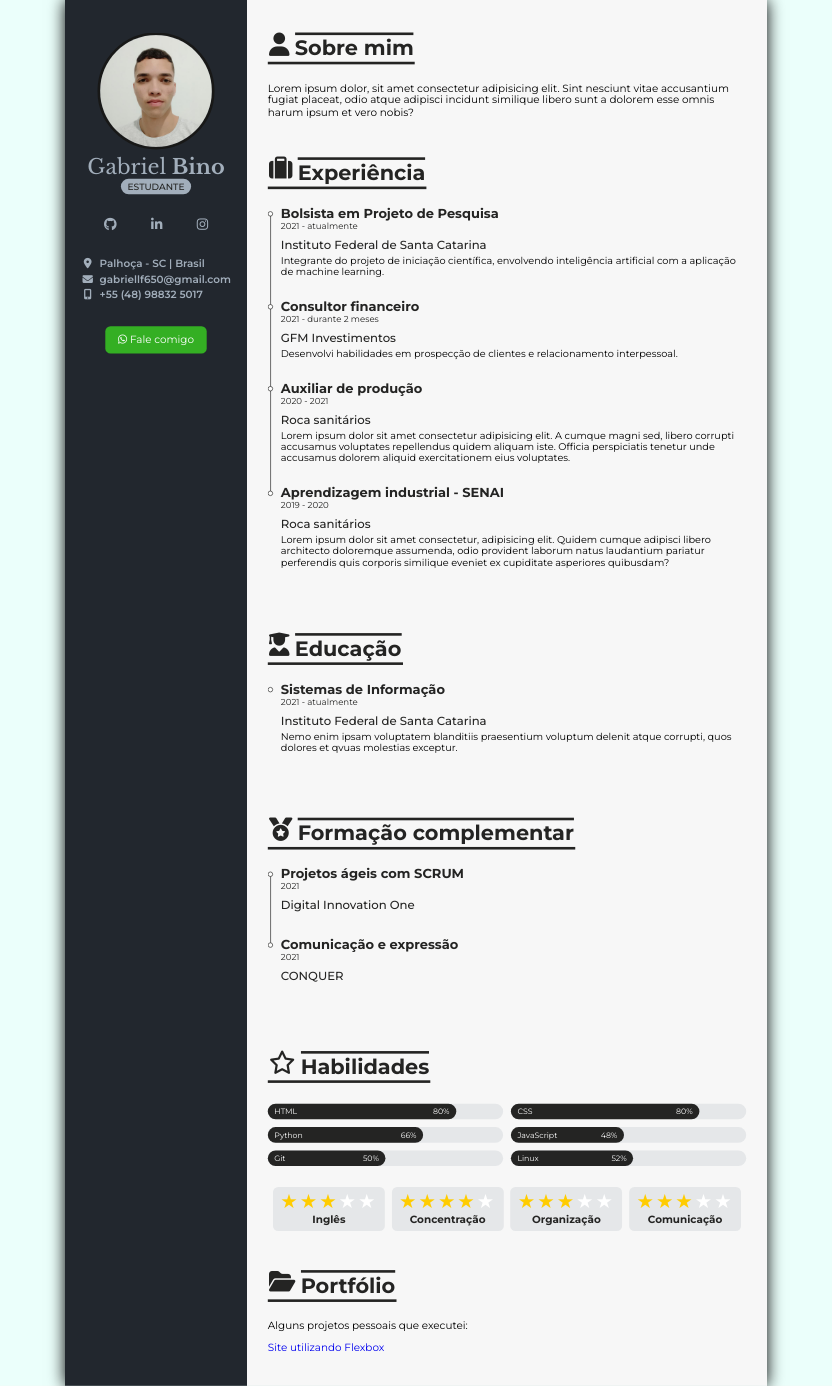
Repository: gabrielbino/curriculoResponsivo
Page: index.html
These files come from the project's save history. The page is drawn as it stood at one moment and after the next save; the edit follows.
The browser window is 1280 px wide. The pictures show the whole page, at 65% of full size.
Some web libraries are served in a nearby version.

Above is the page before, as saved 2021-10-20 22:49:16.

### index.html
<!DOCTYPE html>
<html lang="pt-br">
  <head>
    <meta charset="UTF-8" />
    <meta name="viewport" content="width=device-width, initial-scale=1" />
    <link
      rel="stylesheet"
      href="https://cdnjs.cloudflare.com/ajax/libs/normalize/8.0.1/normalize.min.css"
      integrity="sha512-NhSC1YmyruXifcj/KFRWoC561YpHpc5Jtzgvbuzx5VozKpWvQ+4nXhPdFgmx8xqexRcpAglTj9sIBWINXa8x5w=="
      crossorigin="anonymous"
      referrerpolicy="no-referrer"
    />
    <script
      src="https://kit.fontawesome.com/a6ac7cca8d.js"
      crossorigin="anonymous"
    ></script>
    <link rel="stylesheet" href="css/style.css" />
    <link rel="shortcut icon" href="img/favicon.ico" />
    <title>CV do Gabriel</title>
  </head>
  <body>
    <main>
      <aside>
        <div class="sidebar">
          <img
            class="profile-picture"
            src="./img/option_profile.jpeg"
            alt="Gabriel Bino"
          />
          <h1 class="title-name"><span>Gabriel</span> Bino</h1>
          <h3 class="subtitle-role">Estudante</h3>
          <div class="social-links">
            <a href="https://github.com/gabrielbino" target="_blank">
              <i class="fab fa-github"></i>
            </a>
            <a
              href="https://www.linkedin.com/in/gabriel-fernandes-bino-456499195/"
              target="_blank"
            >
              <i class="fab fa-linkedin-in"></i>
            </a>
            <!-- <a href="https://twitter.com/theleoad" target="_blank">
              <i class="fab fa-twitter"></i>
            </a> -->
            <a href="https://www.instagram.com/gabrielfbino/" target="_blank">
              <i class="fab fa-instagram"></i>
            </a>
          </div>
          <ul class="personal-data">
            <li>
              <i class="fas fa-map-marker-alt"></i>
              <span>Palhoça - SC | Brasil</span>
            </li>
            <li>
              <i class="fas fa-envelope"></i>
              <a href="mailto:galbriellf650@gmail.com"
                >gabriellf650@gmail.com</a
              >
            </li>
            <li>
              <i class="fas fa-mobile-alt"></i>
              <a href="tel:+5548988325017">+55 (48) 98832 5017</a>
            </li>
          </ul>
          <a
            class="download-button"
            href="https://wa.me/+5548988325017"
            target="_blank"
          >
            <i class="fab fa-whatsapp"></i>
            <span>Fale comigo</span>
          </a>
        </div>
      </aside>
      <section>
        <article>
          <div class="article-title-wrapper">
            <i class="fas fa-user"></i>
            <h2 class="article-title">Sobre mim</h2>
          </div>
          <p>
            Lorem ipsum dolor, sit amet consectetur adipisicing elit. Sint
            nesciunt vitae accusantium fugiat placeat, odio atque adipisci
            incidunt similique libero sunt a dolorem esse omnis harum ipsum et
            vero nobis?
          </p>
        </article>
        <article>
          <div class="article-title-wrapper">
            <i class="fas fa-suitcase"></i>
            <h2 class="article-title">Experiência</h2>
          </div>
          <ul class="timeline">
            <li>
              <h4 class="timeline-title">Bolsista em Projeto de Pesquisa</h4>
              <h5 class="timeline-time">2021 - atualmente</h5>
              <h6 class="timeline-place">
                Instituto Federal de Santa Catarina
              </h6>
              <p class="timeline-text">
                Integrante do projeto de iniciação científica, envolvendo
                inteligência artificial com a aplicação de machine learning.
              </p>
            </li>
            <li>
              <h4 class="timeline-title">Consultor financeiro</h4>
              <h5 class="timeline-time">2021 - durante 2 meses</h5>
              <h6 class="timeline-place">GFM Investimentos</h6>
              <p class="timeline-text">
                Desenvolvi habilidades em prospecção de clientes e
                relacionamento interpessoal.
              </p>
            </li>
            <li>
              <h4 class="timeline-title">Auxiliar de produção</h4>
              <h5 class="timeline-time">2020 - 2021</h5>
              <h6 class="timeline-place">Roca sanitários</h6>
              <p class="timeline-text">
                Lorem ipsum dolor sit amet consectetur adipisicing elit. A
                cumque magni sed, libero corrupti accusamus voluptates
                repellendus quidem aliquam iste. Officia perspiciatis tenetur
                unde accusamus dolorem aliquid exercitationem eius voluptates.
              </p>
            </li>
            <li>
              <h4 class="timeline-title">Aprendizagem industrial - SENAI</h4>
              <h5 class="timeline-time">2019 - 2020</h5>
              <h6 class="timeline-place">Roca sanitários</h6>
              <p class="timeline-text">
                Lorem ipsum dolor sit amet consectetur, adipisicing elit. Quidem
                cumque adipisci libero architecto doloremque assumenda, odio
                provident laborum natus laudantium pariatur perferendis quis
                corporis similique eveniet ex cupiditate asperiores quibusdam?
              </p>
            </li>
          </ul>
        </article>
        <article>
          <div class="article-title-wrapper">
            <i class="fas fa-user-graduate"></i>
            <h2 class="article-title">Educação</h2>
          </div>
          <ul class="timeline">
            <li>
              <h4 class="timeline-title">Sistemas de Informação</h4>
              <h5 class="timeline-time">2021 - atualmente</h5>
              <h6 class="timeline-place">
                Instituto Federal de Santa Catarina
              </h6>
              <p class="timeline-text">
                Nemo enim ipsam voluptatem blanditiis praesentium voluptum
                delenit atque corrupti, quos dolores et qvuas molestias
                exceptur.
              </p>
            </li>
          </ul>
        </article>
        <article>
          <div class="article-title-wrapper">
            <i class="fas fa-medal"></i>
            <h2 class="article-title">Formação complementar</h2>
          </div>
          <ul class="timeline">
            <li>
              <h4 class="timeline-title">Projetos ágeis com SCRUM</h4>
              <h5 class="timeline-time">2021</h5>
              <h6 class="timeline-place">Digital Innovation One</h6>
            </li>
            <li>
              <h4 class="timeline-title">Comunicação e expressão</h4>
              <h5 class="timeline-time">2021</h5>
              <h6 class="timeline-place">CONQUER</h6>
            </li>
          </ul>
        </article>
        <article>
          <div class="article-title-wrapper">
            <i class="far fa-star"></i>
            <h2 class="article-title">Habilidades</h2>
          </div>
          <div class="skills-container">
            <div class="progress">
              <div class="progress-bar" role="progressbar" style="width: 80%">
                <div class="progress-text">
                  <span>HTML</span>
                  <span>80%</span>
                </div>
              </div>
            </div>
            <div class="progress">
              <div class="progress-bar" role="progressbar" style="width: 80%">
                <div class="progress-text">
                  <span>CSS</span>
                  <span>80%</span>
                </div>
              </div>
            </div>
            <div class="progress">
              <div class="progress-bar" role="progressbar" style="width: 66%">
                <div class="progress-text">
                  <span>Python</span>
                  <span>66%</span>
                </div>
              </div>
            </div>
            <div class="progress">
              <div class="progress-bar" role="progressbar" style="width: 48%">
                <div class="progress-text">
                  <span>JavaScript</span>
                  <span>48%</span>
                </div>
              </div>
            </div>
            <div class="progress">
              <div class="progress-bar" role="progressbar" style="width: 50%">
                <div class="progress-text">
                  <span>Git</span>
                  <span>50%</span>
                </div>
              </div>
            </div>
            <div class="progress">
              <div class="progress-bar" role="progressbar" style="width: 52%">
                <div class="progress-text">
                  <span>Linux</span>
                  <span>52%</span>
                </div>
              </div>
            </div>
          </div>
          <div class="soft-skills">
            <div class="soft-skill">
              <div class="soft-skill-rating" style="--rating: 3"></div>
              <h4 class="soft-skill-label">Inglês</h4>
            </div>
            <div class="soft-skill">
              <div class="soft-skill-rating" style="--rating: 4"></div>
              <h4 class="soft-skill-label">Concentração</h4>
            </div>
            <div class="soft-skill">
              <div class="soft-skill-rating" style="--rating: 3"></div>
              <h4 class="soft-skill-label">Organização</h4>
            </div>
            <div class="soft-skill">
              <div class="soft-skill-rating" style="--rating: 3"></div>
              <h4 class="soft-skill-label">Comunicação</h4>
            </div>
          </div>
        </article>
        <article>
          <div class="article-title-wrapper">
            <i class="fas fa-folder-open"></i>
            <h2 class="article-title">Portfólio</h2>
          </div>
          <p>Alguns projetos pessoais que executei:</p>
          <div class="portfolio">
            <a href="https://staticflexbox.netlify.app/" class="portfolio-item">
              <div>Site utilizando Flexbox</div>
            </a>
            <a href="#" class="portfolio-item">
              <div></div>
            </a>
            <a href="#" class="portfolio-item">
              <div></div>
            </a>
            <a href="#" class="portfolio-item">
              <div></div>
            </a>
          </div>
        </article>
      </section>
    </main>
  </body>
</html>

### css/style.css
@import url("https://fonts.googleapis.com/css2?family=Libre+Baskerville:wght@400;700&family=Montserrat:wght@400;500;600;700&display=swap");

* {
  box-sizing: border-box;
}

img {
  max-width: 100%;
}

body {
  background-color: #ebfffb;
  color: black;
  font-family: "Montserrat", sans-serif;
}

main {
  background-color: #ebfffb;
  box-shadow: 0 0 1.5rem;
  display: flex;
  margin: 0 auto;
  max-width: 1080px;
  min-height: 100vh;
  width: 100%;
}

aside {
  background-color: #22272e;
  padding: 50px 0 16px;
  width: 280px;
}

.sidebar {
  align-items: center;
  display: flex;
  flex-direction: column;
  position: sticky;
  top: 16px;
  width: 100%;
}

.profile-picture {
  border-radius: 50%;
  border: solid 4px #181817;
  width: 180px;
}

.title-name {
  color: #a2aebb;
  font-family: "Libre Baskerville", serif;
  font-weight: 700;
  margin: 8px 0 0;
}

.title-name span {
  font-weight: 500;
}

.subtitle-role {
  background: #a2aebb;
  border-radius: 12px;
  color: #242423;
  font-size: 14px;
  font-weight: 500;
  margin: 0;
  padding: 4px 10px;
  text-transform: uppercase;
}

.social-links {
  display: flex;
  font-size: 20px;
  justify-content: space-between;
  margin: 36px 0;
  width: 160px;
}

.social-links a {
  color: #a2aebb;
}

.social-links a:hover {
  color: #e8eddf;
}

.personal-data {
  list-style-type: none;
  margin: 0;
  padding: 0;
}

.personal-data li {
  color: #a2aebb;
  font-weight: 600;
  line-height: 1.5;
}

.personal-data li a {
  color: inherit;
  text-decoration: none;
}

.personal-data i {
  margin-right: 4px;
  text-align: center;
  width: 20px;
}

.download-button {
  background: #34af23;
  border-radius: 8px;
  color: white;
  display: block;
  margin: 36px 0;
  padding: 12px 20px;
  text-decoration: none;
}

section {
  background-color: #f7f7f7;
  padding: 50px 32px 0;
  width: calc(100% - 280px);
}

article:not(:last-of-type) {
  margin-bottom: 60px;
}

.article-title-wrapper {
  align-items: center;
  border-bottom: 4px solid;
  color: #242423;
  display: inline-flex;
  margin-bottom: 12px;
  padding: 0 2px;
}
.article-title-wrapper i {
  font-size: 36px;
  margin: -8px 8px 0 0;
}

.article-title {
  border-top: 4px solid;
  color: #242423;
  font-size: 32px;
  font-weight: 800;
  margin: 0 0 2px;
  padding-top: 2px;
}

.timeline {
  list-style: none;
  margin: 20px 0;
  padding: 0;
}

.timeline li {
  margin: 0;
  padding: 2px 0 40px 20px;
  position: relative;
}

.timeline li::after {
  background-color: #fff;
  border-radius: 50%;
  border: 1px solid #242423;
  box-sizing: border-box;
  content: "";
  display: inline-block;
  height: 8px;
  left: 0;
  position: absolute;
  top: 2px;
  width: 8px;
}

.timeline li:not(:last-of-type)::before {
  background-color: #242423;
  content: "";
  height: 100%;
  left: 3.5px;
  position: absolute;
  top: calc(0.5em - 4px);
  width: 1px;
}

.timeline-title {
  color: #242423;
  font-size: 20px;
  margin: -8px 0 0;
}

.timeline-time {
  color: #242423;
  font-weight: 400;
  margin: 0;
}

.timeline-place {
  color: #242423;
  font-size: 18px;
  font-weight: 500;
  margin: 12px 0 4px;
}

.timeline-text {
  font-size: 15px;
  margin: 0;
}

.skills-container {
  display: flex;
  flex-wrap: wrap;
  justify-content: space-between;
  margin: 20px 0;
}

.progress {
  background-color: rgba(68, 86, 108, 0.1);
  border-radius: 20px;
  display: flex;
  font-size: 0.75rem;
  height: 1.5rem;
  margin-bottom: 12px;
  width: calc(50% - 6px);
}

.progress-bar {
  align-items: center;
  background-color: #242423;
  border-radius: 20px;
  color: #fff;
  display: flex;
  padding: 0 10px;
}

.progress-text {
  display: flex;
  justify-content: space-between;
  width: 100%;
}

.soft-skills {
  display: flex;
  justify-content: space-between;
  padding: 0 8px;
}

.soft-skill {
  background-color: rgba(68, 86, 108, 0.1);
  border-radius: 8px;
  padding: 8px;
  text-align: center;
  width: calc(25% - 8px);
}

.soft-skill-rating {
  --percent: calc(var(--rating) / 5 * 100%);
  display: inline-block;
  font-family: Times;
  font-size: 30px;
  line-height: 1;
}

.soft-skill-rating::before {
  background-clip: text;
  background: linear-gradient(90deg, #fc0 var(--percent), #fff var(--percent));
  content: "★★★★★";
  letter-spacing: 3px;
  -webkit-background-clip: text;
  -webkit-text-fill-color: transparent;
}

.soft-skill-label {
  color: #242423;
  margin: 4px 0 0;
}

.portfolio {
  display: flex;
  flex-wrap: wrap;
  justify-content: space-between;
}

.portfolio-item {
  margin-bottom: 24px;
  text-decoration: none;
  width: calc(50% - 12px);
}

.portfolio-item p {
  font-weight: 800;
}

@media (max-width: 1024px) {
  .soft-skills {
    flex-wrap: wrap;
  }

  .soft-skill {
    margin: 4px;
    width: calc(50% - 8px);
  }
}

@media (max-width: 768px) {
  main {
    display: block;
  }

  aside,
  section {
    width: 100%;
  }

  section {
    padding: 32px 16px 0;
  }

  .article-title-wrapper {
    display: flex;
    padding: 0;
  }

  .progress,
  .soft-skill,
  .portfolio-item,
  .article-title {
    width: 100%;
  }

  .portfolio-item figure {
    text-align: center;
  }
}

After the next save:
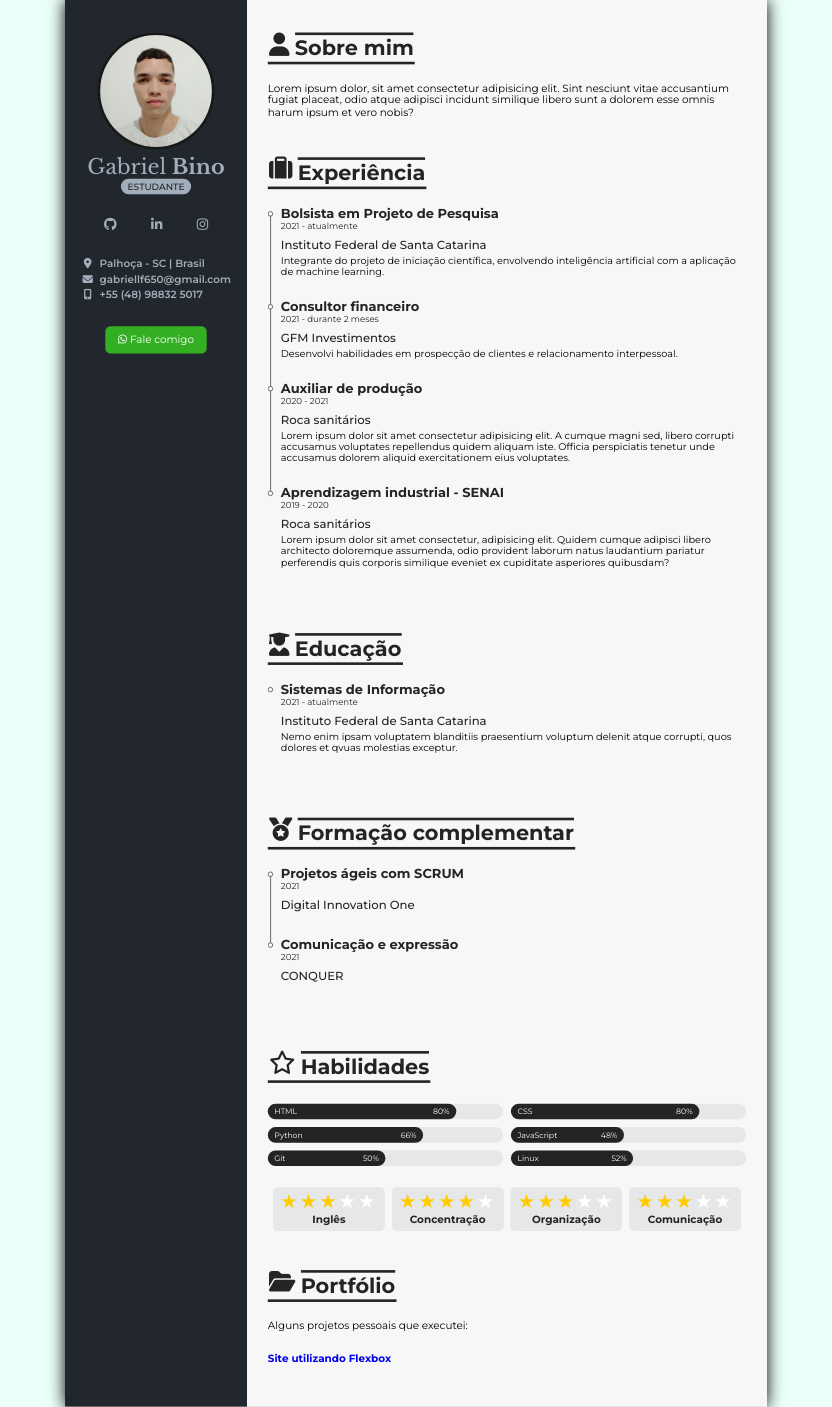
Saved 10 s later.
--- a/index.html
+++ b/index.html
@@ -255,7 +255,7 @@
           <p>Alguns projetos pessoais que executei:</p>
           <div class="portfolio">
             <a href="https://staticflexbox.netlify.app/" class="portfolio-item">
-              <div>Site utilizando Flexbox</div>
+              <p>Site utilizando Flexbox</p>
             </a>
             <a href="#" class="portfolio-item">
               <div></div>

After the save that followed:
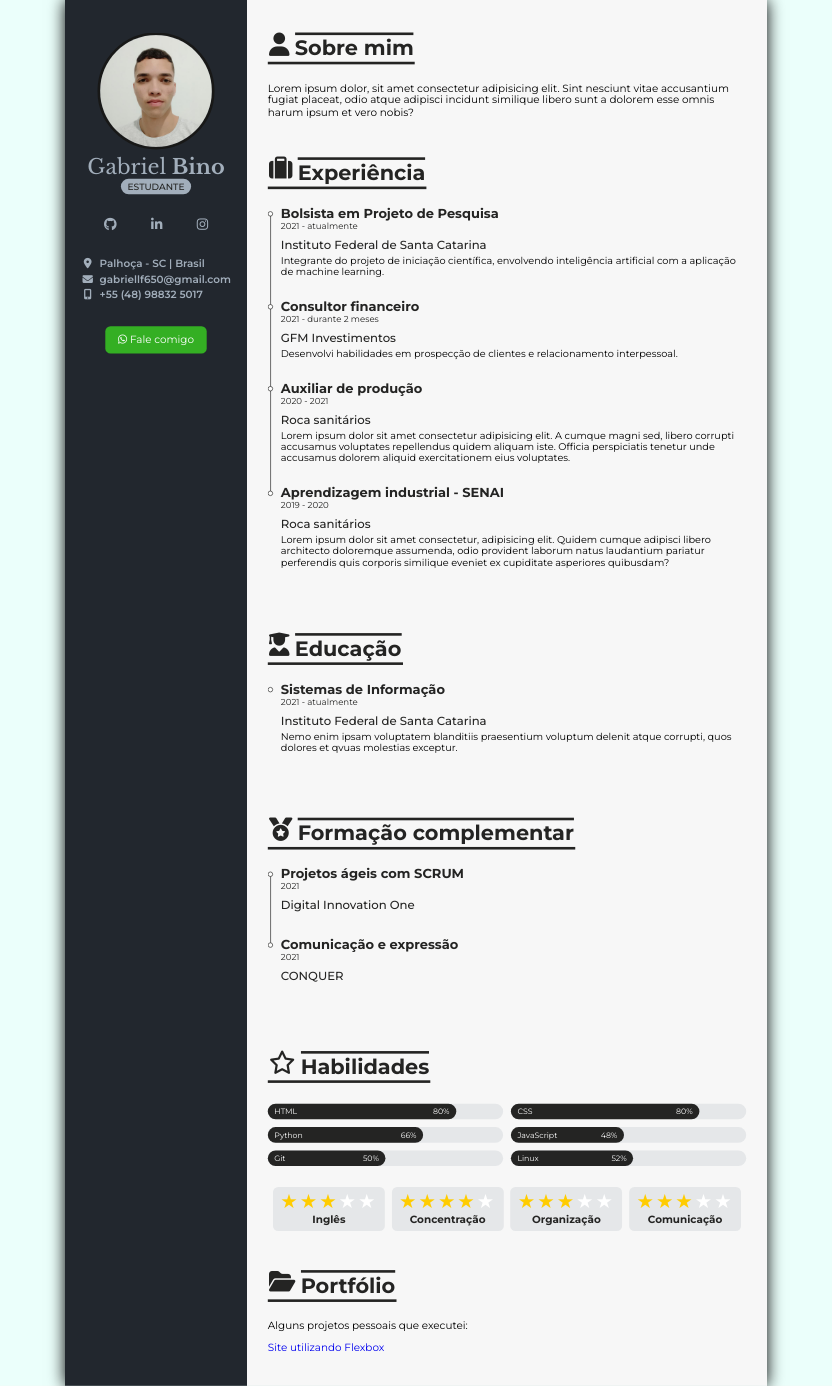
Saved 14 s later.
--- a/index.html
+++ b/index.html
@@ -255,7 +255,7 @@
           <p>Alguns projetos pessoais que executei:</p>
           <div class="portfolio">
             <a href="https://staticflexbox.netlify.app/" class="portfolio-item">
-              <p>Site utilizando Flexbox</p>
+              Site utilizando Flexbox
             </a>
             <a href="#" class="portfolio-item">
               <div></div>
